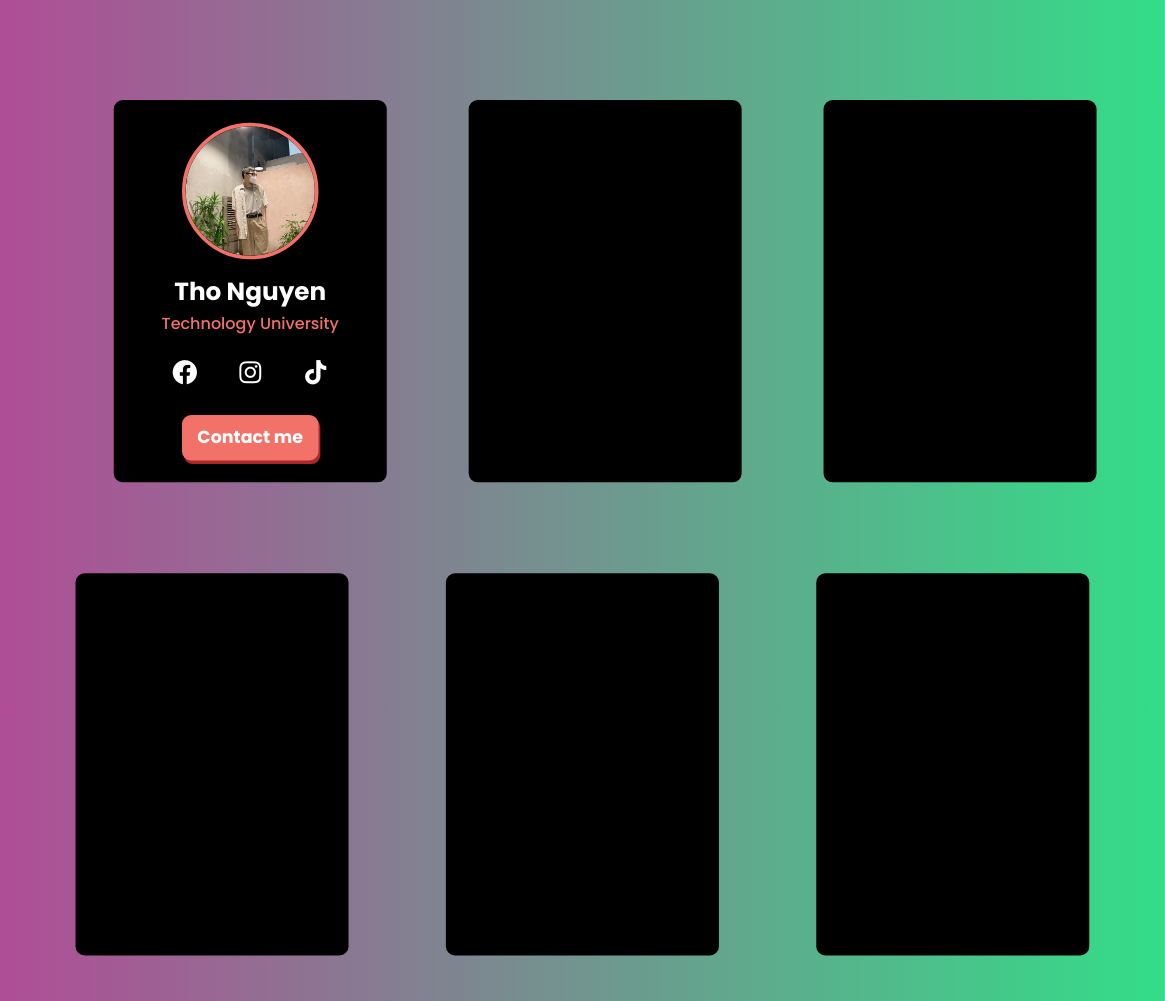
Repository: lausamtuong/profileCard
Page: index.html
An editor plug-in stored every save of this project. The page is shown before and after a run of saves, followed by the edit.
The browser window is 1280 px wide. The pictures show the whole page, at 91% of full size.
The style sheet was rebuilt from its Sass, Less or Tailwind sources for each picture, by a compiler version that may differ from the author's.

Above is the page before, as saved 2021-12-14 18:19:25.

After the next 3 saves:
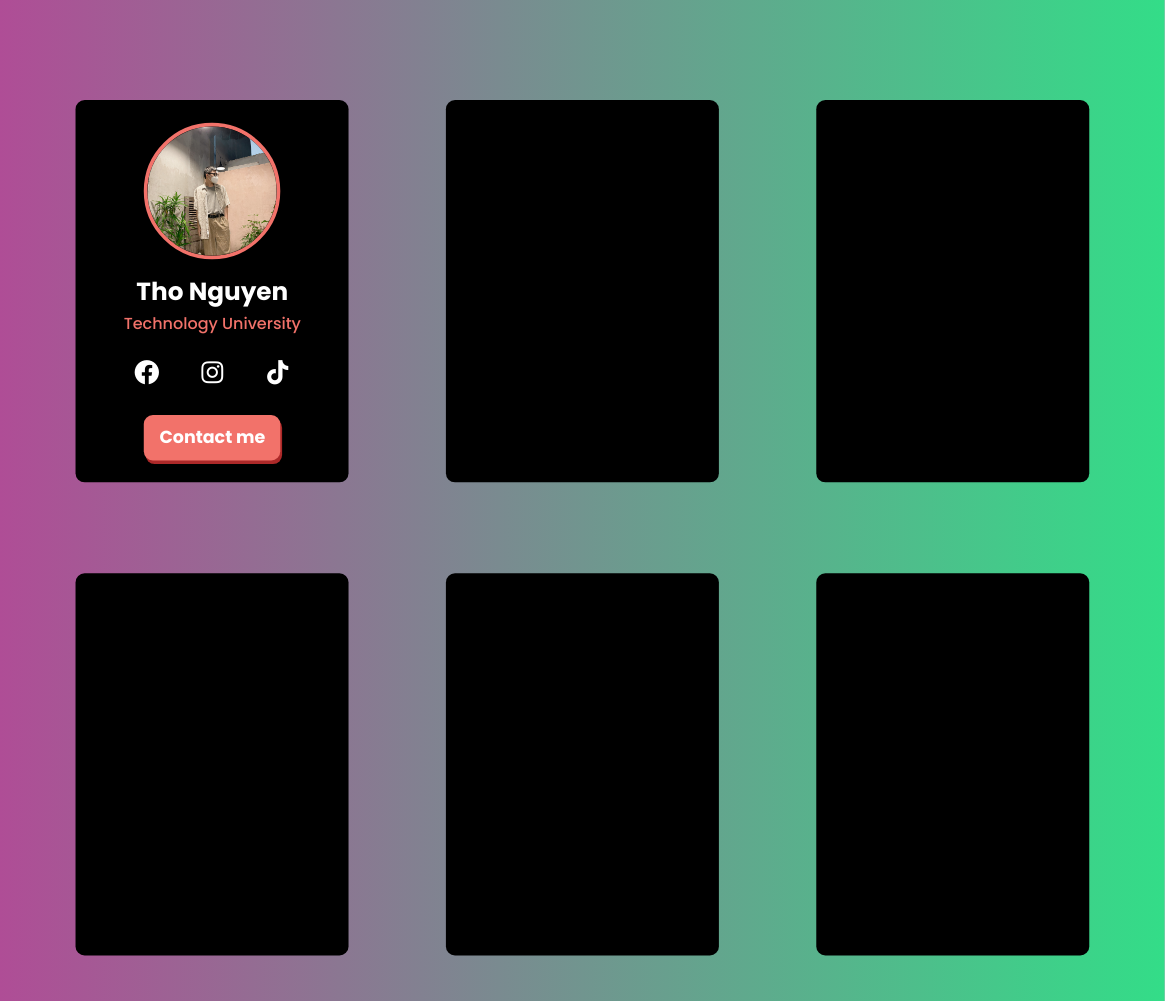
The 3 saves are shown as one change because they came seconds apart.
The last was saved 13 s later.
--- a/index.html
+++ b/index.html
@@ -10,9 +10,8 @@
 
     <title>Document</title>
 </head>
-<body >
+<body background="snow.jpg">
     <div class="card__list">
-        <div style='background-image: url("snow.jpg")'></div>
         <div class="card__item">
 
             <div class="card__image">
